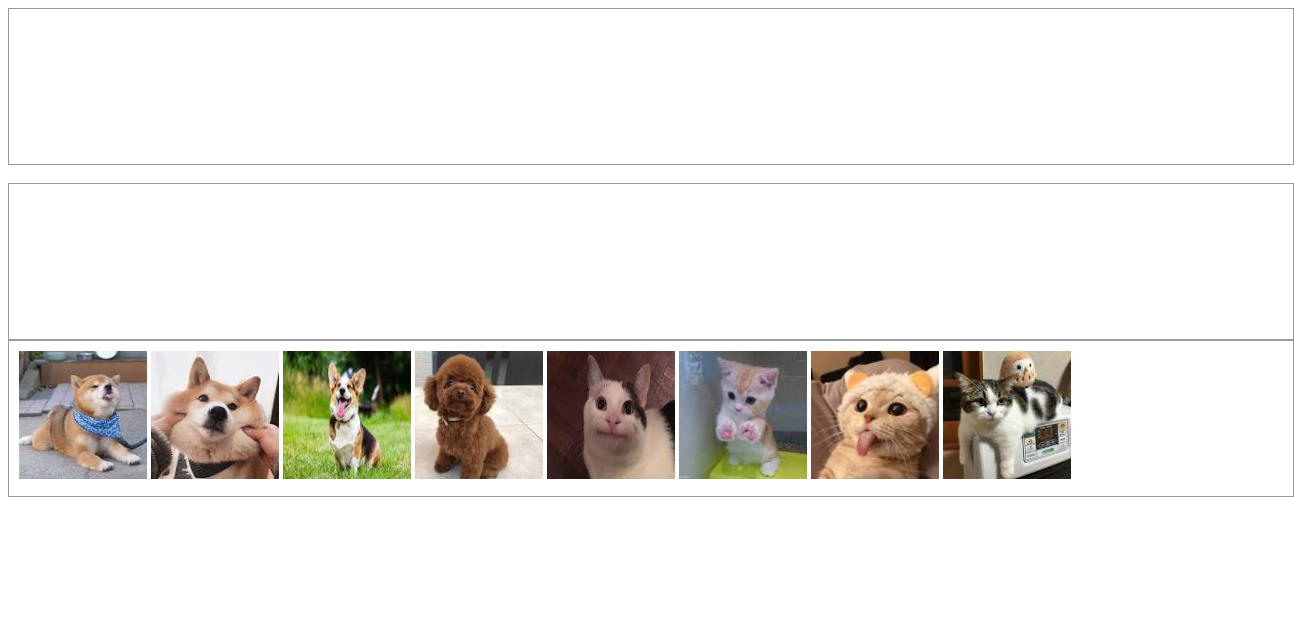
Repository: leetaehyeon123/SpringBaseSources
Page: http://localhost/DAD/
An editor plug-in stored every save of this project. The page is shown before and after the next save, followed by the edit.
The browser window is 1280 px wide. The page is 1294 px wide, so the pictures cover 1294 px, including what lies to the right of the window. The pictures show the whole page.
The page is served by Tomcat 9. Other server files are loaded and not shown.

Above is the page before, as saved 2020-06-28 01:45:12.

### 드래그앤드롭 소스코드/DragAndDrop/DAD/src/main/webapp/WEB-INF/views/main.jsp
<%@ page language="java" contentType="text/html; charset=UTF-8"
    pageEncoding="UTF-8"%>
<!DOCTYPE html>
<html>
<head>
<meta charset="UTF-8">
<title>Insert title here</title>
<!-- !!!!!!!!!!!!!!!!!!!!!!!!!!!!!!! ondragstart에서 ondragover로 이동한다. 이동할 아이는 draggable="true" 를 해줘야한다. -->
<style>
/* 드래그해 놓을 상자의 모양을 정합니다. 지금은 신경쓰지 않으셔도 됩니다. */
#div1,#div2,#div3 {width:100%;height:135px;padding:10px;border:1px solid #999;}
</style>
<script>
function allowDrop(ev) {
    ev.preventDefault();
}

function drag(ev) {
    ev.dataTransfer.setData("text", ev.target.id);
}

function drop(ev) {
    ev.preventDefault();
    var data = ev.dataTransfer.getData("text");
    ev.target.appendChild(document.getElementById(data));
}
</script>
</head>
<body>

<div id="div1" ondrop="drop(event)" ondragover="allowDrop(event)"></div>
<br>
<div id="div2" ondrop="drop(event)" ondragover="allowDrop(event)">

</div>
<div id="div3" ondrop="drop(event)" ondragover="allowDrop(event)">
<img id="dog1" src="resources/img/dog1.jpg" draggable="true" ondragstart="drag(event)" width="128" height="128">
<img id="dog2" src="resources/img/dog2.jpg" draggable="true" ondragstart="drag(event)" width="128" height="128">
<img id="dog3" src="resources/img/dog3.jpg" draggable="true" ondragstart="drag(event)" width="128" height="128">
<img id="dog4" src="resources/img/dog4.jpg" draggable="true" ondragstart="drag(event)" width="128" height="128">
<img id="cat1" src="resources/img/cat1.jpg" draggable="true" ondragstart="drag(event)" width="128" height="128">
<img id="cat2" src="resources/img/cat2.jpg" draggable="true" ondragstart="drag(event)" width="128" height="128">
<img id="cat3" src="resources/img/cat3.jpg" draggable="true" ondragstart="drag(event)" width="128" height="128">
<img id="cat4" src="resources/img/cat4.jpg" draggable="true" ondragstart="drag(event)" width="128" height="128">
</div>
</body>
</html>

After the next save:
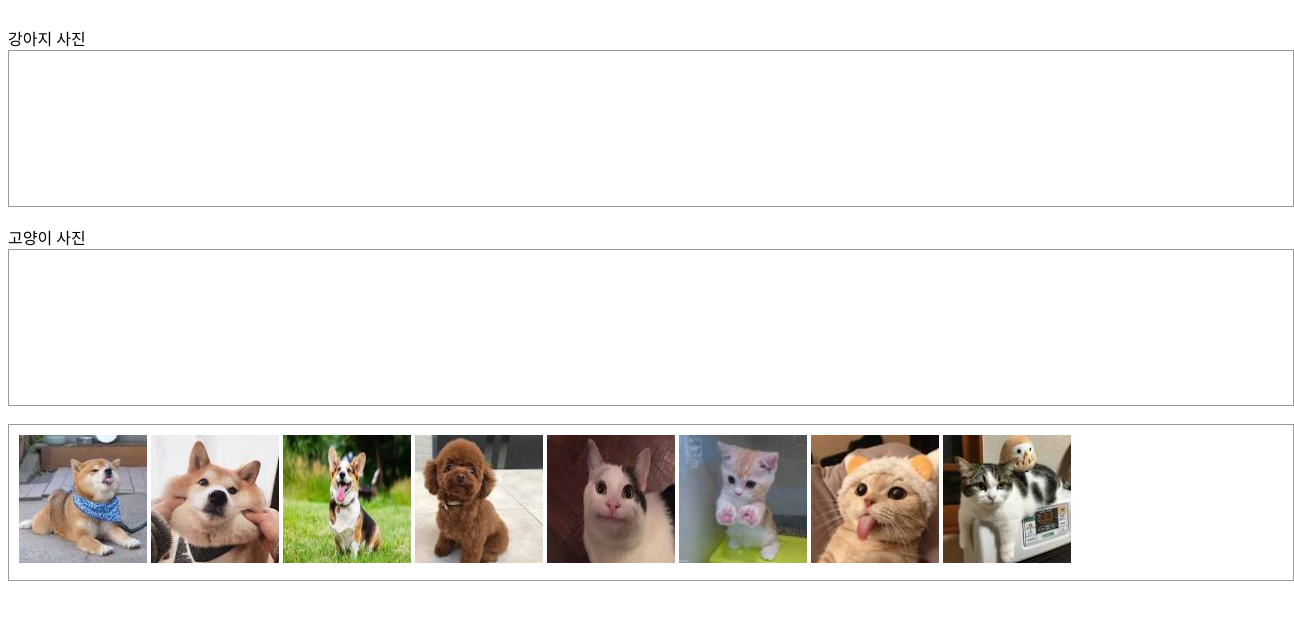
Saved 45 s later.
--- a/드래그앤드롭 소스코드/DragAndDrop/DAD/src/main/webapp/WEB-INF/views/main.jsp
+++ b/드래그앤드롭 소스코드/DragAndDrop/DAD/src/main/webapp/WEB-INF/views/main.jsp
@@ -27,12 +27,11 @@ function drop(ev) {
 </script>
 </head>
 <body>
-
+<br>강아지 사진
 <div id="div1" ondrop="drop(event)" ondragover="allowDrop(event)"></div>
+<br>고양이 사진
+<div id="div2" ondrop="drop(event)" ondragover="allowDrop(event)"></div>
 <br>
-<div id="div2" ondrop="drop(event)" ondragover="allowDrop(event)">
-
-</div>
 <div id="div3" ondrop="drop(event)" ondragover="allowDrop(event)">
 <img id="dog1" src="resources/img/dog1.jpg" draggable="true" ondragstart="drag(event)" width="128" height="128">
 <img id="dog2" src="resources/img/dog2.jpg" draggable="true" ondragstart="drag(event)" width="128" height="128">
